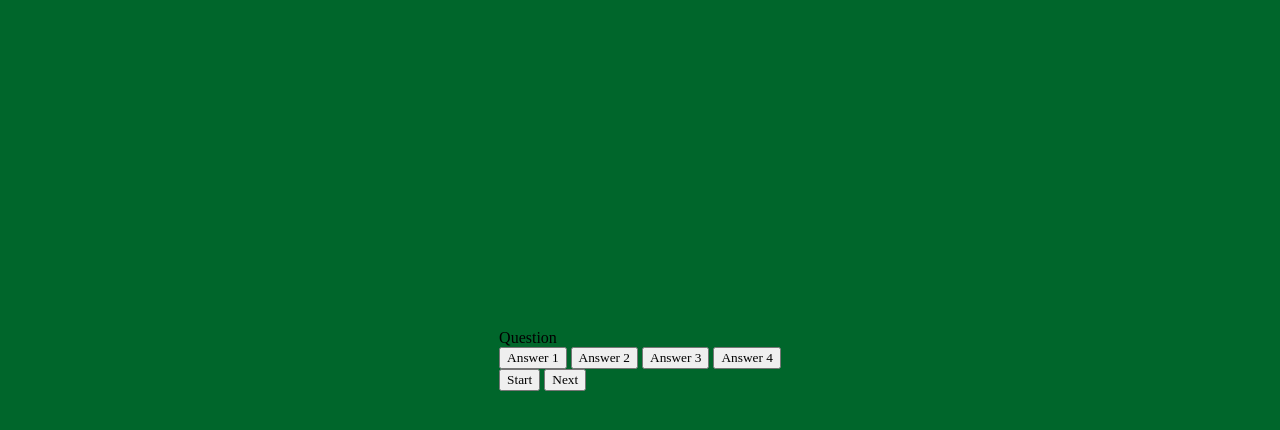
Repository: DaNiels89/quiz-js
Page: index.html
The author's editor kept a copy of each file at every save. The page is drawn from the files as they stood at one save, then again after the next save.
The browser window is 1280 px wide. The pictures show the whole page.

Above is the page before, as saved 2020-06-22 09:44:33.

### index.html
<!DOCTYPE html>
<html lang="en">

<head>
    <meta charset="UTF-8">
    <meta name="viewport" content="width=device-width, initial-scale=1.0">
    <link rel="stylesheet" href="css/styles.css">
    <script defer scr="script.js"></script>
    <title>Quiz</title>
</head>

<body class="correct">
    <div class="container">
        <div id="question-container" class="hide">
            <div class="question">Question</div>
            <div id="answer-buttons" class="btn-grid">
                <button class="btn">Answer 1</button>
                <button class="btn">Answer 2</button>
                <button class="btn">Answer 3</button>
                <button class="btn">Answer 4</button>
            </div>
        </div>
        <div class="controls">
            <button id="start-btn" class="start-btn btn">Start</button>
            <button id="next-btn" class="next-btn btn">Next</button>
        </div>
    </div>
</body>

</html>

### css/styles.css
*, *::before, *::after {
    box-sizing: border-box;
    font-family: Gotham Rounded;
}

:root {
    --hue-neutral: 200;
    --hue-wrong: 0;
    --hue-correct: 145;
}

body {
    --hue: var(--hue-neutral);
    padding: 0;
    margin: 0;
    display: flex;
    width: 100vw;
    height: 100vh;
    justify-content: center;
    align-items: center;
    background-color: hsl(var(--hue), 100%, 20%);
}

body.correct {
    --hue: var(--hue-correct);
}

body.wrong {
    --hue: var(--hue-wrong);
}

After the next save:
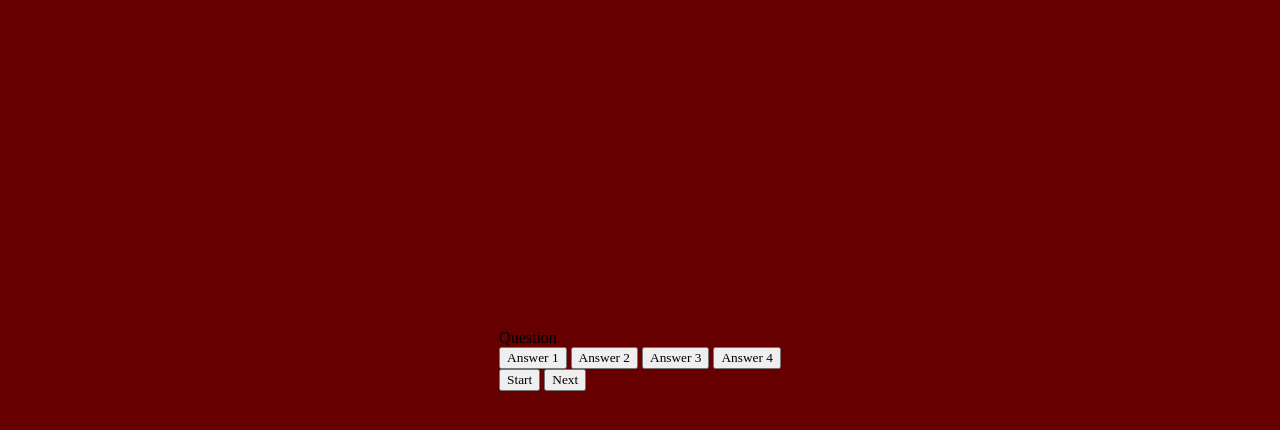
Saved 4 s later.
--- a/index.html
+++ b/index.html
@@ -9,7 +9,7 @@
     <title>Quiz</title>
 </head>
 
-<body class="correct">
+<body class="wrong">
     <div class="container">
         <div id="question-container" class="hide">
             <div class="question">Question</div>
